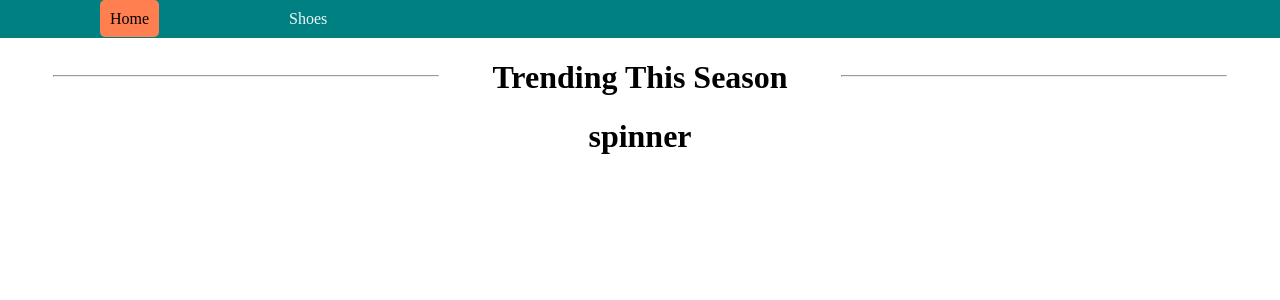
Repository: SalehK98/shop_app
Page: /
These files come from the project's save history. The page is drawn as it stood at one moment and after the next save; the edit follows.
The browser window is 1280 px wide. The pictures show the whole page.
The page's requests for data from a server got no answer. The project was rebuilt for these pictures with package versions that can differ from the ones it lists, and the page was loaded fresh each time. No one was signed in, and anything a server would have sent is missing. Also part of the build but not shown: src/components/ShoeCard/ShoeCard.jsx, src/pages/Shoes/Shoes.jsx, src/pages/Shoe/Shoe.jsx, src/pages/Error/Error.jsx. Imported but missing from the stored project, and not drawn on this page: src/assets/video/preview.mp4.

Above is the page before, as saved 2023-02-28 11:19:11.

### src/index.css
body {
  margin: 0;
  padding: 0;
  box-sizing: border-box;

  font-family: cursive;
  /* font-family: -apple-system, BlinkMacSystemFont, "Segoe UI", "Roboto", "Oxygen",
    "Ubuntu", "Cantarell", "Fira Sans", "Droid Sans", "Helvetica Neue",
    sans-serif;
  -webkit-font-smoothing: antialiased;
  -moz-osx-font-smoothing: grayscale; */
}

code {
  font-family: source-code-pro, Menlo, Monaco, Consolas, "Courier New",
    monospace;
}

#root {
  margin: 0;
  padding: 0;
}

### src/App.js
import "./App.css";
import { createBrowserRouter, RouterProvider } from "react-router-dom";
import Home from "./pages/Home/Home";
import Shoes from "./pages/Shoes/Shoes";
import Shoe from "./pages/Shoe/Shoe";
import Error from "./pages/Error/Error";
import LayoutWrapper from "./components/LayoutWrapper/LayoutWrapper";

function App() {
  const router = createBrowserRouter([
    {
      path: "",
      element: <LayoutWrapper />,
      errorElement: <Error />,
      children: [
        {
          path: "/",
          element: <Home />,
        },
        {
          path: "shoes",
          element: <Shoes />,
        },
        {
          path: "shoes/:showId",
          element: <Shoe />,
        },
        {
          path: "addShoe",
          element: <Shoes />,
        },
      ],
    },
  ]);
  return (
    <div className="App">
      <RouterProvider router={router} />
    </div>
  );
}

export default App;

### src/App.css
.App {
  text-align: center;
  margin: 0;
  padding: 0;
}

### src/pages/Home/Home.jsx
import React, { useEffect, useRef, useState } from "react";
import preview from "../../assets/video/preview.mp4";
import ShoeCard from "../../components/ShoeCard/ShoeCard";
import fetchData from "../../utilities";

export default function Home() {
  const [data, setData] = useState(null);
  // const video = new VideoPlayer();

  const videoRef = useRef(null);

  const [playing, setPlaying] = useState(false);

  useEffect(() => {
    fetchData().then((res) => {
      setData(res);
      console.log("data", data);
    });
  }, []);

  return (
    <div>
      {/* <video
        onClick={() => {
          console.log("videoRef3", videoRef);
        }}
        onCanPlay={() => {
          console.log("videoRef", videoRef);
          console.log("playing", playing);
          setPlaying(true);
          console.log("videoRef", videoRef);
          console.log("playing", playing);
        }}
        onPlaying={() => {
          console.log("videoRef2", videoRef);
        }}
        // onClick={handleClick}
        // ref={videoRef}
        src={preview}
        autoPlay
        // loop
        // muted
        controls
        width="80%"
        // height="80vh"
        style={{
          boxSizing: "border-box",
          // marginTop: "70px",
          padding: "0",
          zIndex: "-2",
          // position: "relative",
        }}
      /> */}
      {/* {playVideo()} */}
      <h1 style={{ display: "flex", textAlign: "center  " }}>
        <hr width="30%" style={{ height: "0" }} />
        Trending This Season
        <hr width="30%" style={{ height: "0" }} />
      </h1>

      {data ? (
        data.map((el) => {
          return <h1>{el.name}</h1>;
        })
      ) : (
        <h1>spinner</h1>
      )}
      {/* <ShoeCard /> */}
    </div>
  );
}

### src/components/LayoutWrapper/LayoutWrapper.jsx
import React from "react";
import { Outlet } from "react-router";
import NavBar from "../NavBar/NavBar";

export default function LayoutWrapper() {
  return (
    <div>
      <NavBar />
      <Outlet />
    </div>
  );
}

### src/utilities.js
async function fetchData() {
  let data;
  await fetch("https://63fa279abeec322c57ee67b5.mockapi.io/shop/shoe")
    .then((res) => {
      if (!res.ok) {
        throw new Error("response was not ok");
      }
      return res.json();
    })
    .then((results) => {
      data = results;
    })
    .catch((err) => {
      console.log("Error", err);
    });
  console.log("here", data);
  return data;
}

export default fetchData;

### src/components/NavBar/NavBar.jsx
import React from "react";
import { NavLink } from "react-router-dom";
import "./NavBar.module.css";

export default function NavBar() {
  let activeStyle = {
    color: "black",
    backgroundColor: "coral",
    border: "transparent",
    borderRadius: "5px",
  };
  return (
    <nav>
      <ul>
        <li>
          <NavLink
            to="/"
            style={({ isActive }) => (isActive ? activeStyle : undefined)}
          >
            Home
          </NavLink>
        </li>
        <li>
          <NavLink
            to="/shoes"
            style={({ isActive }) => (isActive ? activeStyle : undefined)}
          >
            Shoes
          </NavLink>
        </li>
      </ul>
    </nav>
  );
}

### src/components/NavBar/NavBar.module.css
nav {
  background-color: teal;
}

ul {
  margin: 0;
  list-style: none;
  display: flex;
  position: sticky;
  top: 0;
  left: 0;
}

li {
  margin: 0 50px;
  padding: 10px;
}

ul li a {
  text-decoration: none;
  color: aliceblue;
  padding: 10px;
}

Loaded but not shown: public/index.html (common file); src/index.js (common file); src/reportWebVitals.js (common file)

After the next save:
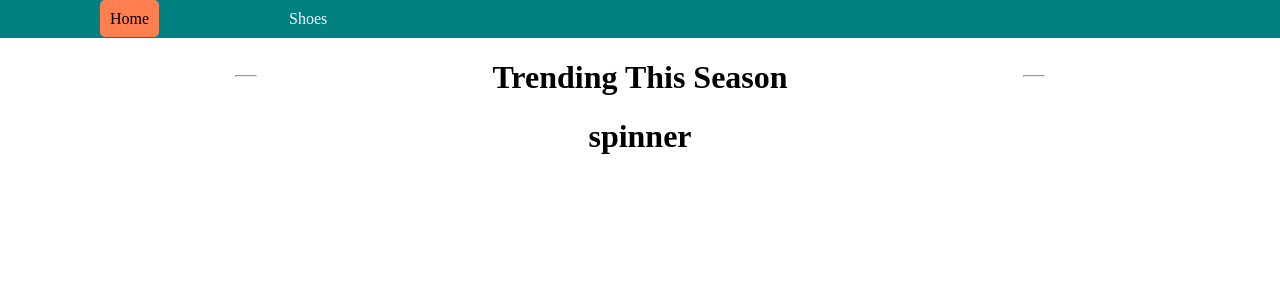
Saved 49 s later.
--- a/src/pages/Home/Home.jsx
+++ b/src/pages/Home/Home.jsx
@@ -53,9 +53,9 @@ export default function Home() {
       /> */}
       {/* {playVideo()} */}
       <h1 style={{ display: "flex", textAlign: "center  " }}>
-        <hr width="30%" style={{ height: "0" }} />
+        <hr width="20vw" style={{ height: "0" }} />
         Trending This Season
-        <hr width="30%" style={{ height: "0" }} />
+        <hr width="20vw" style={{ height: "0" }} />
       </h1>
 
       {data ? (
